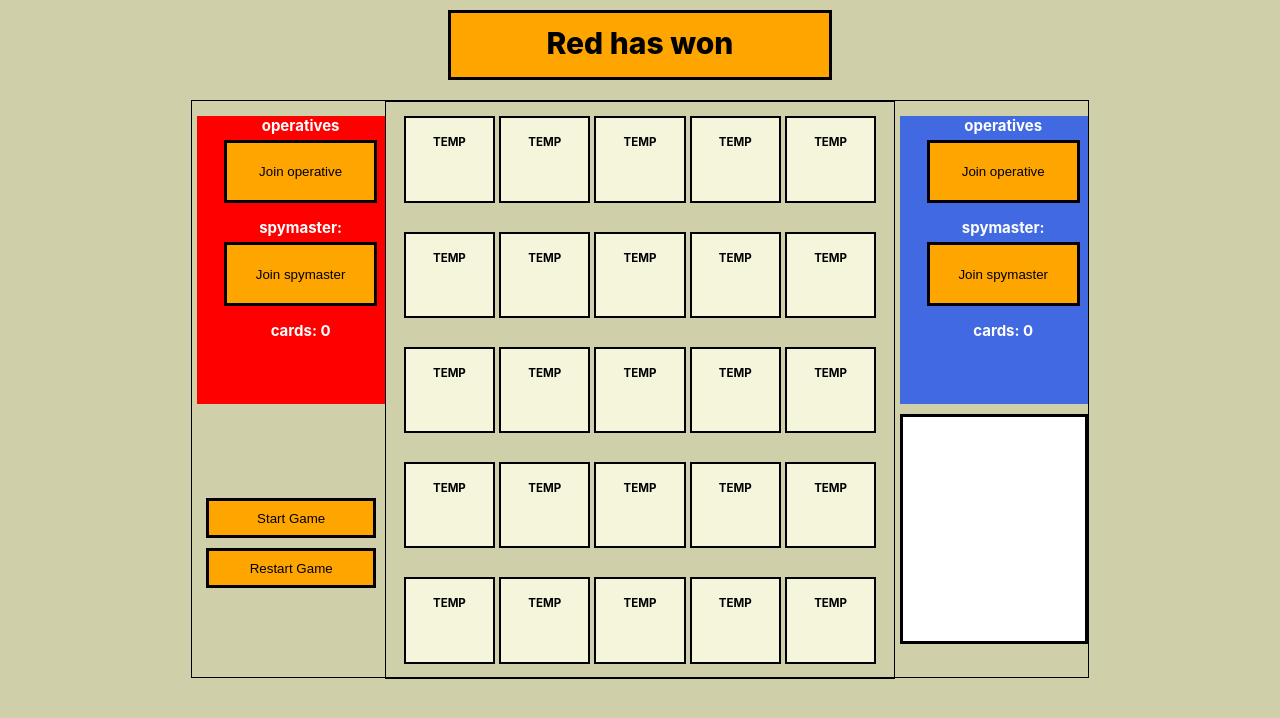
Repository: alcarrizo/Codenames-Fullstack
Page: / (app in client/)
The author's editor kept a copy of each file at every save. The page is drawn from the files as they stood at one save, then again after the next save.
The browser window is 1280 px wide. The pictures show the whole page.
The project was rebuilt for these pictures with package versions that can differ from the ones it lists, and the page was loaded fresh each time. Imported but missing from the stored project, and not drawn on this page: client/src/reportWebVitals.

Above is the page before, as saved 2023-01-17 17:55:52.

### client/src/index.js
import React from 'react';
import ReactDOM from 'react-dom/client';
import './index.css';
import App from './App';
import reportWebVitals from './reportWebVitals';
import './css/styles.css'


const root = ReactDOM.createRoot(document.getElementById('root'));
root.render(
  <React.StrictMode>
    <App />
  </React.StrictMode>
);

// If you want to start measuring performance in your app, pass a function
// to log results (for example: reportWebVitals(console.log))
// or send to an analytics endpoint. Learn more: https://bit.ly/CRA-vitals
reportWebVitals();

### client/src/App.js
import logo from './logo.svg';
import './App.css';
import { useState, useEffect } from 'react';

const Card = ({ card, revealCard, player }) => {

  var className = 'card '
  className = player.role === 'spymaster' ? className + card.team : className
  className = card.clicked ? "card " + card.team + ' picked' : className

  return (
    <div className={className} onClick={() => revealCard(card.id)}>
      {card.word === null ? 'temp' : card.word}
    </div >
  )
}

const PlayerInfo = ({ joinClass, className, joinTeam, numCards }) => {


  return (
    <div className={className + "Team"}>
      <p>operatives </p>
      <p id={className + '-operative-players'}></p>
      <Btn onClick={() => joinTeam(className, 'operative')} className={joinClass} id={className + '-join-operative'} name="Join operative" />
      <p>spymaster: </p>
      <p id={className + '-spymaster-players'}></p>
      <Btn onClick={() => joinTeam(className, 'spymaster')} className={joinClass} id={className + '-join-spymaster'} name="Join spymaster" />
      <p id={className + '-remaining-cards'}>{'cards: ' + numCards}</p>
    </div>
  )

}

const Btn = (props) => {
  return (
    <button id={props.id} onClick={props.onClick} className={props.className}>{props.name}</button>
  )
}

const App = () => {

  const [cards, setCards] = useState(Array(25).fill({
    id: 0,
    word: null,
    team: 'beige',
    clicked: false
  }).map((c, i) => {
    return {
      ...c, id: i
    }
  }
  ))

  // player object
  const [player, setPlayer] = useState({
    name: 'Joker',
    team: null,
    role: null,
    joined: false
  })

  const [clueGiven, setClueGiven] = useState(false)

  // Keeps track of turns
  const [turn, setTurn] = useState('')
  document.body.className = turn

  const [gameStart, setGameStart] = useState(false)

  const [pickLimit, setPickLimit] = useState(0)

  // keeps tracks of how many cards have been clicked in a turn
  const [cardsPicked, setCardsPicked] = useState(0)

  //reveals the clue class if the player is the spymaster,
  //they have the turn, and a clue hasn't been given
  var clueClass = player.team === turn && player.role === 'spymaster' && !clueGiven ? 'clue-area' : 'clue-area hide'
  // revealing the end turn button if it's your turn and your role isn't spymaster
  var endClass = player.team === turn && player.role !== 'spymaster' ? 'menuBtn' : 'menuBtn hide'

  // reveals/hides the join team buttons depending on whether the player has joined or not
  var joinClass = player.joined ? 'join-button hide' : 'join-button'

  var words = "Africa, Agent, Air, Alien, Alps, Amazon, Ambulance, America, Angel, Antarctica, Apple, Arm, Atlantis, Australia, Aztec, Back, Ball, Band, Bank, Bar, Bark, Bat, Battery, Beach, Bear, Beat, Bed, Beijing, Bell, Belt, Berlin, Bermuda, Berry, Bill, Block, Board, Bolt, Bomb, Bond, Boom, Boot, Bottle, Bow, Box, Bridge, Brush, Buck, Buffalo, Bug, Bugle, Button, Calf, Canada, Cap, Capital, Car, Card, Carrot, Casino, Cast, Cat, Cell, Centaur, Center, Chair, Change, Charge, Check, Chest, Chick, China, Chocolate, Church, Circle, Cliff, Cloak, Club, Code, Cold, Comic, Compound, Concert, Conductor, Contract, Cook, Copper, Cotton, Court, Cover, Crane, Crash, Cricket, Cross, Crown, Cycle, Czech, Dance, Date, Day, Death, Deck, Degree, Diamond, Dice, Dinosaur, Disease, Doctor, Dog, Draft, Dragon, Dress, Drill, Drop, Duck, Dwarf, Eagle, Egypt, Embassy, Engine, England, Europe, Eye, Face, Fair, Fall, Fan, Fence, Field, Fighter, Figure, File, Film, Fire, Fish, Flute, Fly, Foot, Force, Forest, Fork, France, Game, Gas, Genius, Germany, Ghost, Giant, Glass, Glove, Gold, Grace, Grass, Greece, Green, Ground, Ham, Hand, Hawk, Head, Heart, Helicopter, Himalayas, Hole, Hollywood, Honey, Hood, Hook, Horn, Horse, Horseshoe, Hospital, Hotel, Ice, Ice cream, India, Iron, Ivory, Jack, Jam, Jet, Jupiter, Kangaroo, Ketchup, Key, Kid, King, Kiwi, Knife, Knight, Lab, Lap, Laser, Lawyer, Lead, Lemon, Leprechaun, Life, Light, Limousine, Line, Link, Lion, Litter, Loch ness, Lock, Log, London, Luck, Mail, Mammoth, Maple, Marble, March, Mass, Match, Mercury, Mexico, Microscope, Millionaire, Mine, Mint, Missile, Model, Mole, Moon, Moscow, Mount, Mouse, Mouth, Mug, Nail, Needle, Net, New york, Night, Ninja, Note, Novel, Nurse, Nut, Octopus, Oil, Olive, Olympus, Opera, Orange, Organ, Palm, Pan, Pants, Paper, Parachute, Park, Part, Pass, Paste, Penguin, Phoenix, Piano, Pie, Pilot, Pin, Pipe, Pirate, Pistol, Pit, Pitch, Plane, Plastic, Plate, Platypus, Play, Plot, Point, Poison, Pole, Police, Pool, Port, Post, Pound, Press, Princess, Pumpkin, Pupil, Pyramid, Queen, Rabbit, Racket, Ray, Revolution, Ring, Robin, Robot, Rock, Rome, Root, Rose, Roulette, Round, Row, Ruler, Satellite, Saturn, Scale, School, Scientist, Scorpion, Screen, Scuba diver, Seal, Server, Shadow, Shakespeare, Shark, Ship, Shoe, Shop, Shot, Sink, Skyscraper, Slip, Slug, Smuggler, Snow, Snowman, Sock, Soldier, Soul, Sound, Space, Spell, Spider, Spike, Spine, Spot, Spring, Spy, Square, Stadium, Staff, Star, State, Stick, Stock, Straw, Stream, Strike, String, Sub, Suit, Superhero, Swing, Switch, Table, Tablet, Tag, Tail, Tap, Teacher, Telescope, Temple, Theater, Thief, Thumb, Tick, Tie, Time, Tokyo, Tooth, Torch, Tower, Track, Train, Triangle, Trip, Trunk, Tube, Turkey, Undertaker, Unicorn, Vacuum, Van, Vet, Wake, Wall, War, Washer, Washington, Watch, Water, Wave, Web, Well, Whale, Whip, Wind, Witch, Worm, Yard".split(',')

  //keeps track of how many cards the user can click given by the spymaster
  const revealCard = (id) => {
    const card = cards.find(c => c.id === id)
    //operatives can't click cards until a clue has been given
    if (!clueGiven) {
      return
    }
    // clicked cards can't be re-clicked
    if (card.clicked) {
      return
    }
    // makes it so that spymasters, the other team, and spectators
    //can't click cards during your turn
    if (player.role === 'spymaster' || player.team !== turn || !player.joined) {
      return
    }

    //prevents people from clicking the cards if the game hasn't
    // started/ ended
    if (!gameStart) {
      return
    }
    //incrementing cards picked
    setCardsPicked(cardsPicked + 1)

    // The plus 1 on cardspicked is because it's behind by 1 number
    if (card.team !== turn || cardsPicked + 1 === pickLimit + 1) {
      if (card.team !== 'black') changeTurn()
    }

    const revealedCard = { ...card, clicked: true }
    setCards(cards.map(c => c.id === id ? revealedCard : c))

  }

  const assignCards = (size, usedArr, arr, ranNum) => {
    // for loop to select 25 unique random words
    for (let i = 0; i < size; i++) {
      let randumNum = Math.round(Math.random() * ranNum)

      while (usedArr.includes(randumNum)) {
        randumNum = Math.round(Math.random() * ranNum)
      }
      usedArr.push(randumNum)
      arr.push(randumNum)
    }
  }

  const changeTurn = () => {
    // changes turn to the opposite team
    const newTurn = turn === 'blue' ? 'red' : 'blue'
    setTurn(newTurn)
    setClueGiven(false)
    setCardsPicked(0)
  }

  const startGame = () => {
    setGameStart(true)
    //randomizing who goes first
    let randNum = Math.round(Math.random())
    const whoseTurn = randNum === 0 ? 'blue' : 'red'
    setTurn(whoseTurn)

    // array to hold the words
    var cardWords = []
    // Keeps track of the selected words to avoid using the same word twice
    var usedWords = []

    // getting the 25 words to be used
    assignCards(25, usedWords, cardWords, 399)

    cardWords = cardWords.map(i => words[i])
    // assigning cards to teams
    // resetting the card team arrays
    var redCards = []
    var blueCards = []
    var blackCard = []
    usedWords = []

    // The one who goes first gets 9 cards, otherwise they get 8
    let blueSize = whoseTurn === 'blue' ? 9 : 8
    let redSize = whoseTurn === 'red' ? 9 : 8

    // getting the black card
    assignCards(1, usedWords, blackCard, 24)

    // picking the blue cards
    assignCards(blueSize, usedWords, blueCards, 24)

    // picking the red cards
    assignCards(redSize, usedWords, redCards, 24)

    const newCards = cards.map((c, i) => {
      let team = 'beige'
      if (redCards.includes(i)) {
        team = 'red'
      }
      else if (blueCards.includes(i)) {
        team = 'blue'
      }
      else if (blackCard.includes(i)) {
        team = 'black'
      }
      return { ...c, clicked: false, word: cardWords[i], team: team }
    })
    setCards(newCards)

    // removing the start game button since the game has started
    document.getElementById('startBtn').className += ' hide'

  }

  const joinTeam = (team, role) => {
    const playerTeam = team === 'blue' ? 'blue' : 'red'
    const playerRole = role === 'operative' ? 'operative' : 'spymaster'

    const newPlayer = { ...player, role: playerRole, team: playerTeam, joined: true }

    //adding player's name to their role location
    document.getElementById(playerTeam + "-" + playerRole + "-players").innerHTML += player.name + " "


    setPlayer(newPlayer)
  }

  const restart = () => {

    setGameStart(false)

    // clearing the team name tags
    document.getElementById("blue-operative-players").innerHTML = " "
    document.getElementById("blue-spymaster-players").innerHTML = " "
    document.getElementById("red-operative-players").innerHTML = " "
    document.getElementById("red-spymaster-players").innerHTML = " "

    // resetting the cards to pre game state
    const newCards = cards.map(c => {
      return {
        ...c,
        word: null,
        team: 'beige',
        clicked: false
      }
    })
    setCards(newCards)

    // resetting player to pre game state
    const newPlayer = {
      ...player,
      team: null,
      role: null,
      joined: false
    }
    setPlayer(newPlayer)

    //resetting Turns to pre game state
    setTurn('')

    //bringing back the start game button
    document.getElementById('startBtn').className = 'menuBtn'

    //resetting the winScreen
    document.getElementById('win-screen').className = 'win-screen hide'

    setClueGiven(false)
    setCardsPicked(0)
    setPickLimit(0)
  }

  //checks if someone has won whenever a card is picked
  useEffect(() => {
    if (!gameStart) {
      return
    }
    let newWin = false
    let winningTeam = ''
    if (cards.filter(c => c.team === 'blue' && !c.clicked).length === 0) {
      newWin = true
      winningTeam = 'blue'
    }
    else if (cards.filter(c => c.team === 'red' && !c.clicked).length === 0) {
      newWin = true
      winningTeam = 'red'
    }
    else if (cards.filter(c => c.team === 'black' && !c.clicked).length === 0) {
      newWin = true
      winningTeam = turn === 'blue' ? 'red' : 'blue'
    }

    if (newWin === true) {
      setGameStart(false)
      document.getElementById('win-screen').className = 'win-screen'
      document.getElementById('win-screen').innerHTML = winningTeam + ' has won'

      setCards(cards.map(c => { return { ...c, clicked: true } }))
      setTurn(winningTeam)
    }
  }, [cards])


  const giveClue = () => {

    let clue = document.getElementById('clue-text').value
    let clueNum = document.getElementById('clueRange').value
    let limit = clueNum === '10' || clueNum === '0' ? 10 : Number(clueNum)
    clueNum = clueNum === '10' ? "&infin;" : clueNum

    document.getElementById('clue-log').innerHTML += clue + ' ' + clueNum + '<br>'
    setClueGiven(true)
    setPickLimit(limit)
  }

  const updateClueNum = () => {
    if (document.getElementById("clueRange").value === '10') {
      document.getElementById("rangeNumber").innerHTML = "&infin;"
    }
    else {
      document.getElementById("rangeNumber").innerHTML = document.getElementById("clueRange").value
    }
  }

  return (
    <div className="App">
      <div className='win-screen' id='win-screen'>Red has won</div>

      {/* <button onClick={() => { giveClue('test') }}>test</button> */}

      <div className='wrapper'>
        <div className={"redSide"}>
          <PlayerInfo numCards={cards.filter(c => c.team === 'red' && !c.clicked).length} joinClass={joinClass} joinTeam={joinTeam} className={'red'} />
          <div className='menu'>
            <Btn className='menuBtn' onClick={() => startGame()} id="startBtn" name="Start Game" />
            <Btn className='menuBtn' onClick={() => restart()} id="resetBtn" name="Restart Game" />
          </div>
        </div>

        <div className='gameBoard'>
          {
            cards.map((card) =>
              <Card
                player={player}
                key={card.id}
                card={card}
                revealCard={revealCard} />
            )
          }

        </div>

        <div className={"blueSide"}>
          <PlayerInfo numCards={cards.filter(c => c.team === 'blue' && !c.clicked).length} joinClass={joinClass} joinTeam={joinTeam} className={'blue'} />
          <div id='clue-log' className='clue-log'></div>
          <Btn onClick={() => changeTurn()} className={endClass} id="endTurn" name="End Turn" />
        </div>


      </div>

      <div className={clueClass} id='clue-area'>
        <input className='clue-text' id='clue-text' type="text" />
        <div className="rangeDiv" id="rangeDiv">
          <input onChange={() => { updateClueNum() }} className="clue-range" id='clueRange' type="range" autoComplete='off' min="0" max="10" defaultValue="0" />
          <h3 className="range-number" id="rangeNumber">0</h3>
        </div>
        <Btn onClick={() => { giveClue() }} className="clue-submit" id="clue-submit" name="Give Clue" />
      </div>

    </div>
  );
}

export default App;

### client/src/css/styles.css
h1 {
    margin-bottom: 3px;
}

body {
    background-color: #cfcfaa;
}

body.red {
    background-color: #b44c2b;
}

body.blue {
    background-color: #4799b7;
}

.wrapper {
    position: relative;
    border: 0.05rem solid black;
    width: 70%;
    height: 80vh;
    display: flex;
    background: none;
    margin: 20px auto 0;

}

.gameBoard {
    display: flex;
    flex-wrap: wrap;
    justify-content: center;
    text-align: center;
    width: 35rem;
    height: 100%;
    /*   width: 500px;
    height: 500px; */
    /*width: 15rem;
    height: 15rem;
    */
    border: 0.05rem solid black;
    margin: auto;
}



.card {
    /* background-color: royalblue; */
    background-color: beige;
    box-sizing: border-box;
    /*width: 75px;
    height: 65px;
  */
    /*   width: 5.5rem;
    height: 5rem; */
    width: 18%;
    height: 15%;
    margin: auto 2px;
    border: 2px black solid;
    font-size: .9vw;
    padding-top: 17px;
    text-transform: uppercase;
    font-weight: bold;
    transition: none;
}

.card.blue {
    background-color: royalblue;

}

.card.red {
    background-color: #ff6000;
}

.card.black {
    background-color: black;
    color: white;

}

.card.beige {
    background-color: #b9b979;
}

.card.blue,
.card.red,
.card.black,
.card.beige {
    transition: background-color 1s;
}

.card.blue.picked,
.card.red.picked,
.card.black.picked,
.card.beige.picked {
    transition: opacity 1s;
    opacity: 50%;
}


.redSide,
.blueSide {
    color: white;
    height: 100%;
    width: 13rem;
    font-size: 15px;
    font-weight: bold;
    padding-left: 5px;
    padding-bottom: 10px;
    margin: 0 auto;
}

.blueTeam,
.redTeam {
    height: 50%;
    margin-top: 10px;
    padding-left: 10%;

    box-sizing: border-box;
}

.redTeam {
    background-color: red;

}

.blueTeam {
    background-color: royalblue;

}

.blueSide {
    height: 100%;
}

.join-button {
    display: block;
    width: 90%;
    height: 22%;
    margin: -10px auto 0;
    background-color: orange;
    border: black solid 3px;
}

.join-button.hide {
    display: none;
}

.menuBtn {
    display: block;
    width: 90%;
    height: 40px;
    margin: 0 auto;
    background-color: orange;
    border: black solid 3px;
    margin-bottom: 10px;


}

.menuBtn.hide {
    display: none;
}

.menu {
    display: block;
    width: 100%;
    margin-top: 50%;
}

.clue-log {
    color: black;
    width: 100%;
    height: 40%;
    margin: 10px 0 5px;
    padding-left: 10px;
    background-color: white;
    box-sizing: border-box;
    border: black solid 3px;
    overflow-y: auto;
    line-height: 1.5;
}

.rangeDiv {
    display: inline-block;
    text-align: center;

}

.rangeDiv h3 {
    margin: 0;
    display: inline-block;
}

.clue-area {
    margin: 10px auto 0;
    width: 400px;
    height: 50px;
    margin-bottom: 15px;
}

.clue-area.hide {
    display: none;
}

.clue-submit {
    display: block;
    margin: 10px auto 0;
}

.win-screen {
    box-sizing: border-box;
    margin: 10px auto;
    width: 30%;
    height: 70px;
    background-color: orange;
    top: 35%;
    left: 35%;
    text-align: center;
    font-size: 30px;
    line-height: 60px;
    font-weight: 800;
    border: black solid 3px;

}

.win-screen.hide {
    display: none;
}

Loaded but not shown: client/public/index.html (common file); client/src/index.css (common file); client/src/App.css (common file)

After the next save:
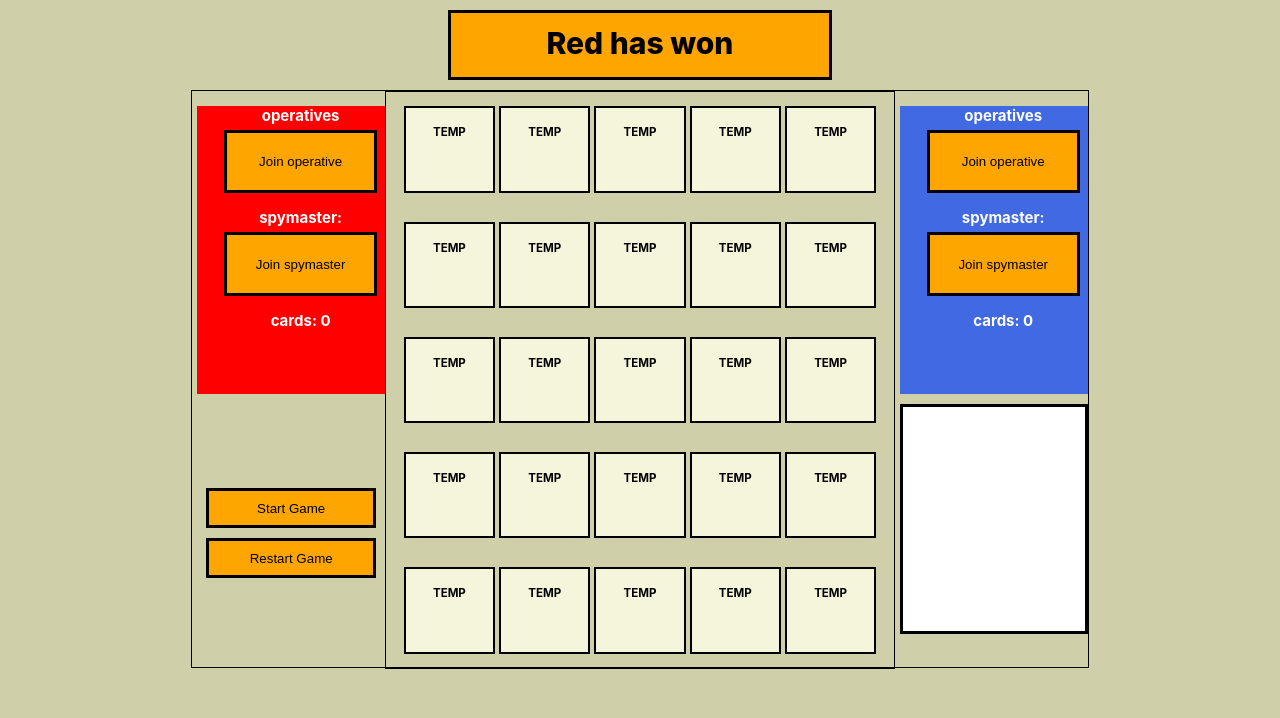
Saved 13 s later.
--- a/client/src/css/styles.css
+++ b/client/src/css/styles.css
@@ -21,7 +21,7 @@ body.blue {
     height: 80vh;
     display: flex;
     background: none;
-    margin: 20px auto 0;
+    margin: 10px auto 0;
 
 }
 
